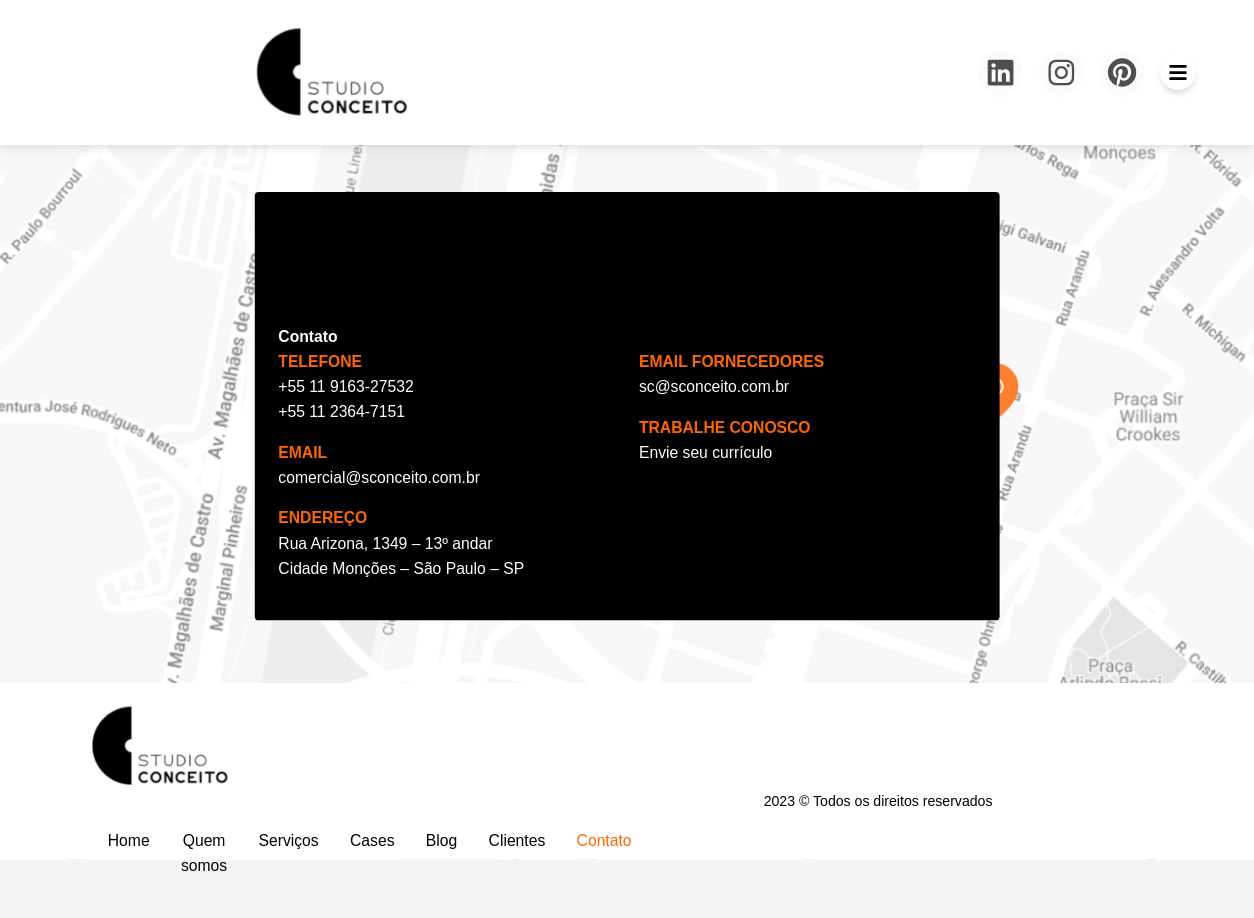
Repository: Upstairs-Agencia/studio-conceito-react
Page: /contato
These files come from the project's save history. The page is drawn as it stood at one moment and after the next save; the edit follows.
The browser window is 1280 px wide. The pictures show the whole page, at 98% of full size.
The project was rebuilt for these pictures with package versions that can differ from the ones it lists, and the page was loaded fresh each time. Also part of the build but not shown: src/pages/Home.js, src/pages/QuemSomos.js, src/pages/Servicos.js, src/pages/Cases.js, src/pages/Blog.js, src/pages/Clientes.js.

Above is the page before, as saved 2024-12-29 03:11:07.

### public/index.html
<!DOCTYPE html>
<html lang="en">
  <head>
    <meta charset="utf-8" />
    <link rel="icon" href="%PUBLIC_URL%/favicon.ico" />
    <meta name="viewport" content="width=device-width, initial-scale=1" />
    <meta name="theme-color" content="#000000" />
    <meta
      name="description"
      content="Web site created using create-react-app"
    />
    <link rel="apple-touch-icon" href="%PUBLIC_URL%/logo192.png" />
    <!--
      manifest.json provides metadata used when your web app is installed on a
      user's mobile device or desktop. See https://developers.google.com/web/fundamentals/web-app-manifest/
    -->
    <link rel="manifest" href="%PUBLIC_URL%/manifest.json" />
    <!--
      Notice the use of %PUBLIC_URL% in the tags above.
      It will be replaced with the URL of the `public` folder during the build.
      Only files inside the `public` folder can be referenced from the HTML.

      Unlike "/favicon.ico" or "favicon.ico", "%PUBLIC_URL%/favicon.ico" will
      work correctly both with client-side routing and a non-root public URL.
      Learn how to configure a non-root public URL by running `npm run build`.
    -->
    <title>Studio Conceito</title>
  </head>
  <body>
    <noscript>You need to enable JavaScript to run this app.</noscript>
    <div id="root"></div>
    <!--
      This HTML file is a template.
      If you open it directly in the browser, you will see an empty page.

      You can add webfonts, meta tags, or analytics to this file.
      The build step will place the bundled scripts into the <body> tag.

      To begin the development, run `npm start` or `yarn start`.
      To create a production bundle, use `npm run build` or `yarn build`.
    -->
  </body>
</html>

### src/index.js

import React from 'react';
import ReactDOM from 'react-dom';
import App from './App';
import 'mdb-react-ui-kit/dist/css/mdb.min.css'; // MDB styles
import './index.css'; // Global styles

ReactDOM.render(
  <React.StrictMode>
    <App />
  </React.StrictMode>,
  document.getElementById('root')
);

### src/App.js

import React from 'react';
import { BrowserRouter as Router, Routes, Route } from 'react-router-dom';
import Home from './pages/Home';
import QuemSomos from './pages/QuemSomos';
import Servicos from './pages/Servicos';
import Cases from './pages/Cases';
import Blog from './pages/Blog';
import Clientes from './pages/Clientes';
import Contato from './pages/Contato';

function App() {
  return (
    <Router>
      <Routes>
        <Route path="/" element={<Home />} />
        <Route path="/quem-somos" element={<QuemSomos />} />
        <Route path="/servicos" element={<Servicos />} />
        <Route path="/cases" element={<Cases />} />
        <Route path="/blog" element={<Blog />} />
        <Route path="/clientes" element={<Clientes />} />
        <Route path="/contato" element={<Contato />} />
      </Routes>
    </Router>
  );
}

export default App;

### src/index.css

body {
  margin: 0;
  font-family: Arial, sans-serif;
  background-color: #f4f4f4;
}

### src/pages/Contato.js
import React from "react";
import { MDBContainer, MDBRow, MDBCol } from "mdb-react-ui-kit";
import Navbar from "../components/navbar";
import Footer from "../components/footer";
import backgroundMap from "../images/ContactBg.png"; // Ajuste o caminho da imagem
import logoImage from "../images/logoBlack.png"; // Ajuste o caminho do logo

const ContactPage = () => {
  return (
    <div
      style={{
        backgroundImage: `url(${backgroundMap})`,
        backgroundSize: "cover",
        backgroundPosition: "center",
        minHeight: "100vh",
      }}
    >
      <Navbar />
      <MDBContainer className="text-white py-5">
        <MDBRow className="justify-content-center">
          <MDBCol md="8" className="bg-black p-4 rounded">
            <div className="text-center mb-4">
              <img src={logoImage} alt="Studio Conceito Logo" style={{ width: "150px" }} />
            </div>
            <strong className="text-white text-center mb-3" style={{textAlign: "left", marginBottom: "1.3rem"}}>Contato</strong>
            <MDBRow>
              <MDBCol md="6" className="text-white">
                <p>
                  <strong style={{color: `#ff6600`}}>TELEFONE</strong>
                  <br />
                  +55 11 9163-27532
                  <br />
                  +55 11 2364-7151
                </p>
                <p>
                  <strong style={{color: `#ff6600`}}>EMAIL</strong>
                  <br />
                  comercial@sconceito.com.br
                </p>
                <p>
                  <strong style={{color: `#ff6600`}}>ENDEREÇO</strong>
                  <br />
                  Rua Arizona, 1349 – 13º andar
                  <br />
                  Cidade Monções – São Paulo – SP
                </p>
              </MDBCol>
              <MDBCol md="6" className="text-white">
                <p>
                  <strong style={{color: `#ff6600`}}> EMAIL FORNECEDORES</strong>
                  <br />
                  sc@sconceito.com.br
                </p>
                <p>
                  <strong style={{color: `#ff6600`}}>TRABALHE CONOSCO</strong>
                  <br />
                  Envie seu currículo
                </p>
              </MDBCol>
            </MDBRow>

          </MDBCol>
        </MDBRow>
      </MDBContainer>
      <Footer />
    </div>
  );
};

export default ContactPage;

### src/components/navbar.js
import React, { useState } from "react";

import Logo from "../images/logoBlack.png";

import {
  MDBNavbar,
  MDBNavbarBrand,
  MDBContainer,
} from "mdb-react-ui-kit";
import { FaLinkedin, FaInstagram, FaPinterest, FaBars } from "react-icons/fa";
import { IoIosClose } from "react-icons/io";
import { Link } from "react-router-dom";

import SeloGptw from "../images/selo-gptw.png";

const Navbar = () => {
  const [showMenu, setShowMenu] = useState(false);

  return (
    <>
      {/* Navbar */}
      <MDBNavbar dark bgColor="white" className="py-4 px-5">
        <MDBContainer fluid className="d-flex justify-content-between align-items-center">
          {/* Logo */}
          <MDBNavbarBrand href="#" className="ms-5">
            <img
              src={Logo}
              alt="Logo"
              style={{ maxHeight: "90px", marginLeft: "12vw"}}
            />
          </MDBNavbarBrand>

          {/* Social Icons and Menu Toggle */}
          <div className="d-flex align-items-center">
            {/* Social Icons */}
            <div className="d-flex gap-3 me-3">
              <button className="btn btn-light rounded-circle p-2">
                <FaLinkedin size={30} />
              </button>
              <button className="btn btn-light rounded-circle p-2">
                <FaInstagram size={30} />
              </button>
              <button className="btn btn-light rounded-circle p-2">
                <FaPinterest size={30} />
              </button>
            </div>

            {/* FaBars Icon for Sidebar */}
            <button
              className="btn rounded-circle p-2"
              style={{
                background: "none",
                border: "none",
                cursor: "pointer",
              }}
              onClick={() => setShowMenu(!showMenu)}
            >
              <FaBars size={20} color="black" />
            </button>
          </div>
        </MDBContainer>
      </MDBNavbar>

      {/* Sidebar Menu */}
      {showMenu && (
        <div
          className="position-fixed top-0 end-0 bg-white vh-100 vw-350 shadow-lg d-flex flex-column"
          style={{ zIndex: 1050, width: "500px" }}
        >
          <div className="d-flex justify-content-end p-3">
            {/* Close Button */}
            <button
              className="p-0"
              style={{
                background: "none",
                border: "none",
                cursor: "pointer",
              }}
              onClick={() => setShowMenu(false)}
            >
              <IoIosClose size={40} />
            </button>
          </div>





          <div className="p-4 flex-grow-1">
            {/* Menu Items */}
            <ul className="list-unstyled">
              {[
                { label: "Home", link: "/" },
                { label: "Quem somos", link: "/quem-somos" },
                { label: "Serviços", link: "/servicos" },
                { label: "Cases", link: "/cases" },
                { label: "Blog", link: "/blog" },
                { label: "Clientes", link: "/clientes" },
                { label: "Contato", link: "/contato" },
              ].map((item, index) => (
                <li key={index} className="py-2">
                  <Link
                    to={item.link}
                    className="text-decoration-none fs-6"
                    style={{
                      transition: "all 0.3s ease-in-out", // Transição suave
                      color:"black"
                    }}
                    onMouseOver={(e) => {
                      e.currentTarget.style.color = "#FF7F30"; // Altera a cor
                      e.currentTarget.style.fontWeight = "bold"; // Negrito
                    }}
                    onMouseOut={(e) => {
                      e.currentTarget.style.color = "black"; // Retorna à cor original
                      e.currentTarget.style.fontWeight = "normal"; // Retira o negrito
                    }}
                  >
                    {item.label}
                  </Link>
                </li>
              ))}
            </ul>
          </div>



          {/* Footer Section */}
          <div className="d-flex justify-content-between align-items-center px-4 pb-4">
            {/* Social Icons */}
            <div className="d-flex gap-3">
              <button className="btn btn-dark rounded-circle p-2">
                <FaLinkedin size={20} color="white" />
              </button>
              <button className="btn btn-dark rounded-circle p-2">
                <FaInstagram size={20} color="white" />
              </button>
              <button className="btn btn-dark rounded-circle p-2">
                <FaPinterest size={20} color="white" />
              </button>
            </div>

            {/* Placeholder Image */}
            <img
              src={SeloGptw}
              alt="Great Place to Work"
              style={{ maxHeight: "200px", marginBottom: "4rem" }}
            />
          </div>
        </div>
      )}
    </>
  );
};

export default Navbar;

### src/components/footer.js
import React from "react";
import { MDBFooter, MDBContainer, MDBRow, MDBCol } from "mdb-react-ui-kit";
import Logo from "../images/logoBlack.png";
import "../styles/footer.css";

const Footer = () => {
  return (
    <MDBFooter className="footer-container text-center text-white">
      <MDBContainer className="p-4 footer-content">

        <MDBRow className="content-signature">
            {/* Logo e Nome */}
            <MDBCol md="4" className="mb-4 footer-left">
                <img
                    src={Logo}
                    alt="Studio Conceito Logo"
                    className="footer-logo"
                />

                {/* Navegação */}
                <MDBCol md="4" className="mb-3 footer-center">
                    <nav className="footer-nav">
                        <a href="/">Home</a>
                        <a href="/quem-somos"> Quem somos </a>
                        <a href="/servicos">Serviços</a>
                        <a href="/cases">Cases</a>
                        <a href="/blog">Blog</a>
                        <a href="/clientes">Clientes</a>
                        <a href="/contato" className="footerHighlight">
                            Contato
                        </a>
                    </nav>
                </MDBCol>

            </MDBCol>

            {/* Direitos Reservados */}
            <MDBCol md="4" className="mb-4 footer-right">
                <p className="mb-0">2023 &copy; Todos os direitos reservados</p>
            </MDBCol>

        </MDBRow>



      </MDBContainer>
    </MDBFooter>
  );
};

export default Footer;

### src/styles/footer.css
.footer-container {
    background-color: white;
    height: 25vh !important; /* Ocupa 30% da altura da tela */
    display: flex;
    justify-content: center;
    align-items: center;
    color: black;
    font-family: Arial, sans-serif;
    margin: 1rem 0;
  }

  .footer-content {
    height: 100%; /* Garante que o conteúdo ocupe toda a altura do footer */
  }

  .content-signature{
    display: flex;
    flex-direction: row;
  }

  .footer-left {
    display: flex;
    flex-direction: column;
  }

  .footer-logo {
    max-width: 40%; /* Aumenta a imagem para 40% de seu tamanho */
    margin-bottom: 10px;
  }


  .footer-center {
    text-align: center;
    margin: 2rem 0;
  }

  .footer-nav{
    display: flex;
    flex-direction: row;
    justify-content: space-around;
    width:35vw;

  }

  .footerHighlight {
    color: #ff6600 !important;
  }

  .footer-nav a {
    margin: 1px 1rem;
    text-decoration: none;
    color: #000;
    font-size: 1rem;
    transition: color 0.3s ease;
  }

  .footer-nav a:hover {
    color: #ff6600;
  }



  .footer-right {
    text-align: center;
    display: flex;
    justify-content: center;
    align-items: center;
    margin-left: 20vw;
    font-size: 0.9rem;
    color: #000;
  }

After the next save:
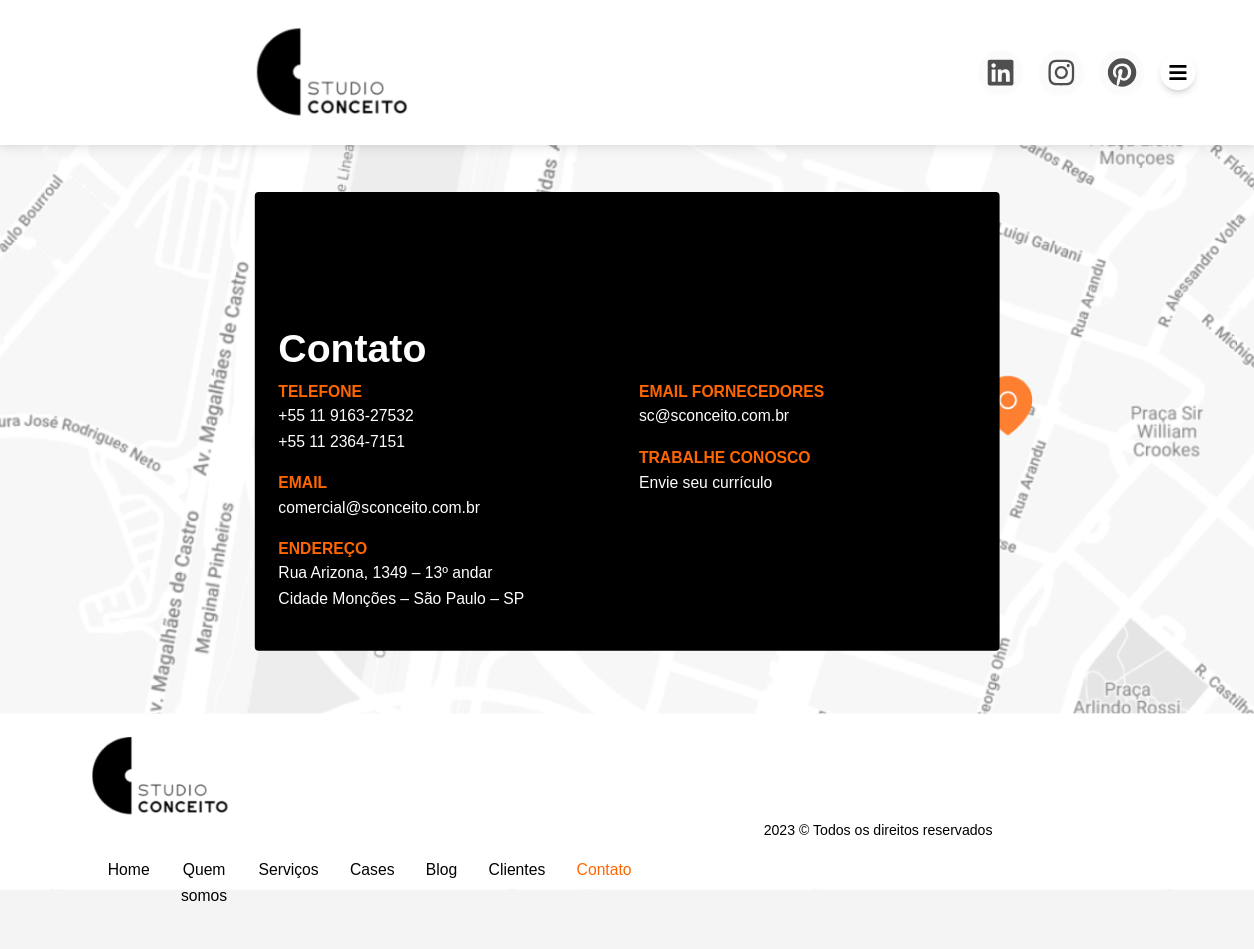
Saved 35 s later.
--- a/src/pages/Contato.js
+++ b/src/pages/Contato.js
@@ -22,7 +22,7 @@ const ContactPage = () => {
             <div className="text-center mb-4">
               <img src={logoImage} alt="Studio Conceito Logo" style={{ width: "150px" }} />
             </div>
-            <strong className="text-white text-center mb-3" style={{textAlign: "left", marginBottom: "1.3rem"}}>Contato</strong>
+            <h1><strong className="text-white text-center mb-3" style={{textAlign: "left", marginBottom: "1.3rem"}}>Contato</strong></h1>
             <MDBRow>
               <MDBCol md="6" className="text-white">
                 <p>
